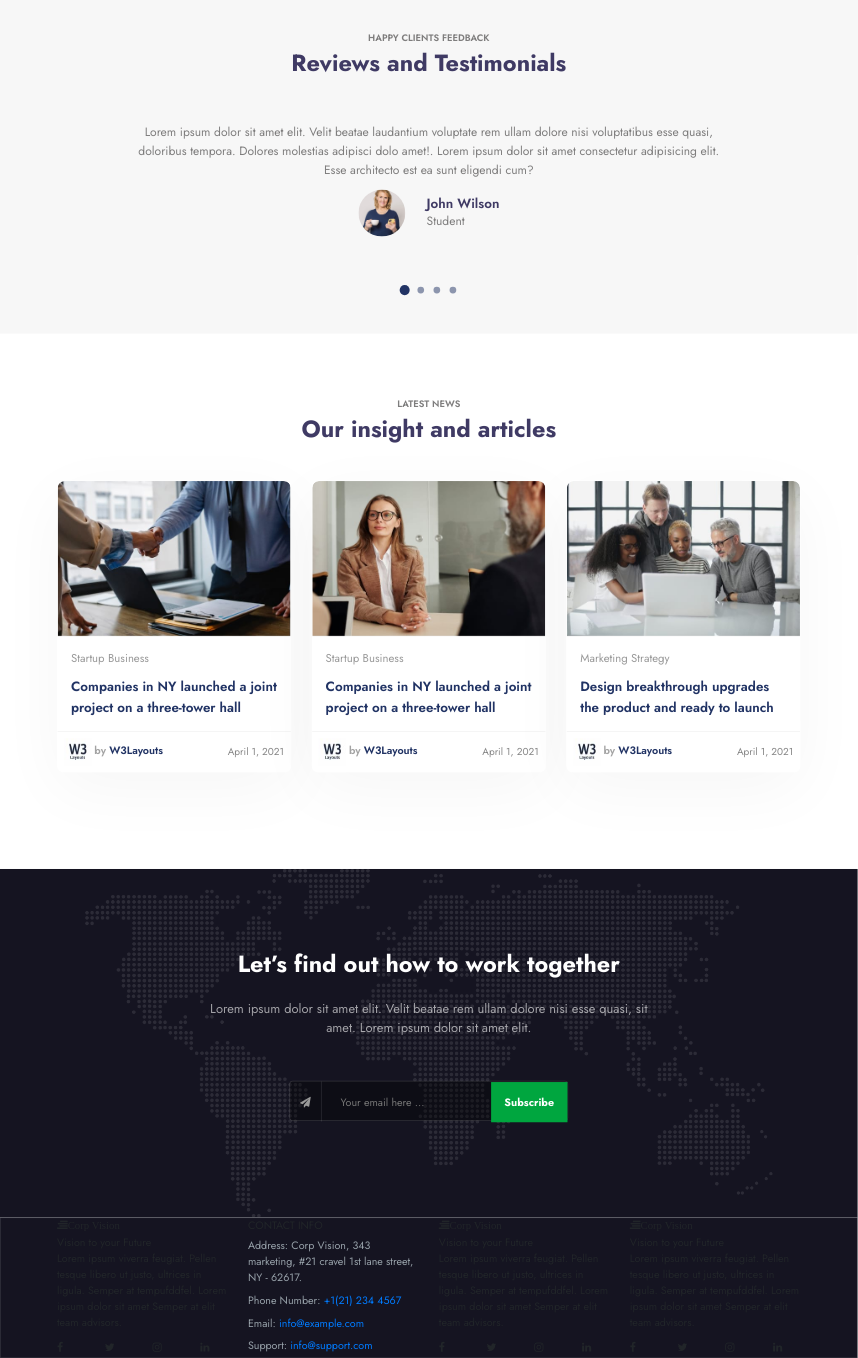
Repository: khaipnp/corpvision
Page: index.html
The author's editor kept a copy of each file at every save. The page is drawn from the files as they stood at one save, then again after the next save.
The browser window is 1280 px wide. The pictures show the whole page, at 67% of full size.

Above is the page before, as saved 2021-07-04 12:53:10.

### index.html
<!DOCTYPE html>
<html lang="en">
  <head>
    <meta charset="UTF-8" />
    <meta http-equiv="X-UA-Compatible" content="IE=edge" />
    <meta name="viewport" content="width=device-width, initial-scale=1.0" />
    <title>Corpvision</title>
    <meta name="description" content="Corpvision Website" />
    <!-- FONT-GOOGLE -->
    <link rel="preconnect" href="https://fonts.gstatic.com" />
    <link
      href="https://fonts.googleapis.com/css2?family=Jost:ital,wght@0,100;0,200;0,300;0,400;0,500;0,600;0,700;0,800;0,900;1,400&display=swap"
      rel="stylesheet"
    />
    <!-- FONT-AWSOME -->
    <link
      rel="stylesheet"
      href="https://cdnjs.cloudflare.com/ajax/libs/font-awesome/5.15.3/css/all.min.css"
      integrity="sha512-iBBXm8fW90+nuLcSKlbmrPcLa0OT92xO1BIsZ+ywDWZCvqsWgccV3gFoRBv0z+8dLJgyAHIhR35VZc2oM/gI1w=="
      crossorigin="anonymous"
      referrerpolicy="no-referrer"
    />
    <link rel="stylesheet" href="./css/font-awesome.min.css" />
    <!-- OWL CAROUSEL -->
    <link
      rel="stylesheet"
      href="https://cdnjs.cloudflare.com/ajax/libs/OwlCarousel2/2.3.4/assets/owl.carousel.min.css"
      integrity="sha512-tS3S5qG0BlhnQROyJXvNjeEM4UpMXHrQfTGmbQ1gKmelCxlSEBUaxhRBj/EFTzpbP4RVSrpEikbmdJobCvhE3g=="
      crossorigin="anonymous"
      referrerpolicy="no-referrer"
    />
    <link
      rel="stylesheet"
      href="https://cdnjs.cloudflare.com/ajax/libs/OwlCarousel2/2.3.4/assets/owl.theme.default.css"
      integrity="sha512-OTcub78R3msOCtY3Tc6FzeDJ8N9qvQn1Ph49ou13xgA9VsH9+LRxoFU6EqLhW4+PKRfU+/HReXmSZXHEkpYoOA=="
      crossorigin="anonymous"
      referrerpolicy="no-referrer"
    />
    <!-- BOOTSTRAP -->
    <link
      rel="stylesheet"
      href="https://cdn.jsdelivr.net/npm/bootstrap@4.6.0/dist/css/bootstrap.min.css"
      integrity="sha384-B0vP5xmATw1+K9KRQjQERJvTumQW0nPEzvF6L/Z6nronJ3oUOFUFpCjEUQouq2+l"
      crossorigin="anonymous"
    />
    <!-- MAIN CSS -->
    <link rel="stylesheet" href="./css/main.css" />
  </head>
  <body>
    <header></header>
    <section class="feedback">
      <div class="feedback__content py-5">
        <div class="container">
          <h5 class="small-title col-12 text-center">Happy clients Feedback</h5>
          <h3 class="big-title col-12 text-center">Reviews and Testimonials</h3>
          <div class="testimonials owl-carousel owl-theme">
            <div class="testimonials__item">
              <p class="text-center col-12">
                Lorem ipsum dolor sit amet elit. Velit beatae laudantium
                voluptate rem ullam dolore nisi voluptatibus esse quasi,
                doloribus tempora. Dolores molestias adipisci dolo amet!. Lorem
                ipsum dolor sit amet consectetur adipisicing elit. Esse
                architecto est ea sunt eligendi cum?
              </p>
              <div
                class="
                  testimonials__desc
                  row
                  align-items-center
                  justify-content-center
                "
              >
                <div class="avatar mr-3">
                  <img src="./img/team1.jpg" alt="team 1" />
                </div>
                <div class="name ml-3">
                  <h3>John Wilson</h3>
                  <p>Student</p>
                </div>
              </div>
            </div>
            <div class="testimonials__item">
              <p class="text-center col-12">
                Lorem ipsum dolor sit amet elit. Velit beatae laudantium
                voluptate rem ullam dolore nisi voluptatibus esse quasi,
                doloribus tempora. Dolores molestias adipisci dolo amet!. Lorem
                ipsum dolor sit amet consectetur adipisicing elit. Esse
                architecto est ea sunt eligendi cum?
              </p>
              <div
                class="
                  testimonials__desc
                  row
                  align-items-center
                  justify-content-center
                "
              >
                <div class="avatar mr-3">
                  <img src="./img/team2.jpg" alt="team 2" />
                </div>
                <div class="name ml-3">
                  <h3>Julia Sakura</h3>
                  <p>Student</p>
                </div>
              </div>
            </div>
            <div class="testimonials__item">
              <p class="text-center col-12">
                Lorem ipsum dolor sit amet elit. Velit beatae laudantium
                voluptate rem ullam dolore nisi voluptatibus esse quasi,
                doloribus tempora. Dolores molestias adipisci dolo amet!. Lorem
                ipsum dolor sit amet consectetur adipisicing elit. Esse
                architecto est ea sunt eligendi cum?
              </p>
              <div
                class="
                  testimonials__desc
                  row
                  align-items-center
                  justify-content-center
                "
              >
                <div class="avatar mr-3">
                  <img src="./img/team3.jpg" alt="team 3" />
                </div>
                <div class="name ml-3">
                  <h3>Roy Linderson</h3>
                  <p>Student</p>
                </div>
              </div>
            </div>
            <div class="testimonials__item">
              <p class="text-center col-12">
                Lorem ipsum dolor sit amet elit. Velit beatae laudantium
                voluptate rem ullam dolore nisi voluptatibus esse quasi,
                doloribus tempora. Dolores molestias adipisci dolo amet!. Lorem
                ipsum dolor sit amet consectetur adipisicing elit. Esse
                architecto est ea sunt eligendi cum?
              </p>
              <div
                class="
                  testimonials__desc
                  row
                  align-items-center
                  justify-content-center
                "
              >
                <div class="avatar mr-3">
                  <img src="./img/team4.jpg" alt="team 4" />
                </div>
                <div class="name ml-3">
                  <h3>Smith Johnson</h3>
                  <p>Student</p>
                </div>
              </div>
            </div>
          </div>
        </div>
      </div>
    </section>
    <section class="news py-5">
      <div class="news__content py-5">
        <div class="container">
          <h5 class="small-title col-12 text-center">LATEST NEWS</h5>
          <h3 class="big-title col-12 text-center">Our insight and articles</h3>
          <div class="row py-5">
            <div class="news__item col-md-6 col-lg-4">
              <div class="news__card">
                <div class="card__thumbnail p-0 position-relative">
                  <img src="./img/blog1.jpg" alt="blog 1" />
                </div>
                <div class="card__content">
                  <p>Startup Business</p>
                  <a href="#">Companies in NY launched a joint project on a three-tower
                    hall</a>
                </div>
                <div class="card__footer">
                  <span><img src="./img/icon.jpeg" alt="" /> by <a href="#">W3Layouts</a></span>
                  <p>April 1, 2021</p>
                </div>
              </div>
            </div>
            <div class="news__item col-md-6 col-lg-4">
              <div class="news__card">
                <div class="card__thumbnail p-0 position-relative">
                  <img src="./img/blog2.jpg" alt="blog 1" />
                </div>
                <div class="card__content">
                  <p>Startup Business</p>
                  <a href="#">Companies in NY launched a joint project on a three-tower
                    hall</a>
                </div>
                <div class="card__footer">
                  <span><img src="./img/icon.jpeg" alt="" /> by <a href="#">W3Layouts</a></span>
                  <p>April 1, 2021</p>
                </div>
              </div>
            </div>
            <div class="news__item col-md-6 col-lg-4">
              <div class="news__card">
                <div class="card__thumbnail p-0 position-relative">
                  <img src="./img/blog3.jpg" alt="blog 1" />
                </div>
                <div class="card__content">
                  <p>Marketing Strategy</p>
                  <a href="#">Design breakthrough upgrades the product and ready to launch</a>
                </div>
                <div class="card__footer">
                  <span><img src="./img/icon.jpeg" alt="" /> by <a href="#">W3Layouts</a></span>
                  <p>April 1, 2021</p>
                </div>
              </div>
            </div>
          </div>
        </div>
      </div>
    </section>
    <div class="subscribe py-5">
      <div class="container">
        <div class="sub__box my-5 mx-auto align-items-center justify-content-center">
          <h3 class="big-title py-4 col-12 text-center">Let’s find out how to work together<h3>
          <p class="col-12 text-center">Lorem ipsum dolor sit amet elit. Velit beatae rem ullam dolore nisi esse quasi, sit amet. Lorem ipsum dolor sit amet elit.</p>
          <div class="input__email justify-content-center py-5">
            <form>
              <i class="fa fa-paper-plane"></i>
              <input type="email" placeholder="Your email here ...">
              <button>Subscribe</button>
            </form>
          </div>
        </div>
      </div>
    </div>
    <footer>
      <div class="footer__info container">
        <div class="row">
          <div class="footer__content col-3">
            <i class="fa fa-align-right">Corp Vision</i>
            <div class="slogan">Vision to your Future</div>
            <p>Lorem ipsum viverra feugiat. Pellen tesque libero ut justo, ultrices in ligula. Semper at tempufddfel. Lorem ipsum dolor sit amet Semper at elit team advisors.</p>
            <div class="social__network row justify-content-start">
              <i class="fa fa-facebook col-3"></i>
              <i class="fa fa-twitter col-3"></i>
              <i class="fa fa-instagram col-3"></i>
              <i class="fa fa-linkedin col-3"></i>
            </div>
          </div>
          <div class="footer__content col-3">
            CONTACT INFO
            <ul class="list-group list-group-flush">
              <li class="list-group-item">Address: Corp Vision, 343 marketing, #21 cravel 1st lane street, NY - 62617.</li>
              <li class="list-group-item">Phone Number: <a href="tel:+1212344567">+1(21) 234 4567</a></li>
              <li class="list-group-item">Email: <a href="mailto:">info@example.com</a></li>
              <li class="list-group-item">Support: <a href="mailto:">info@support.com</a></li>
            </ul>
          </div>
          <div class="footer__content col-3">
            <i class="fa fa-align-right">Corp Vision</i>
            <div class="slogan">Vision to your Future</div>
            <p>Lorem ipsum viverra feugiat. Pellen tesque libero ut justo, ultrices in ligula. Semper at tempufddfel. Lorem ipsum dolor sit amet Semper at elit team advisors.</p>
            <div class="social__network row justify-content-start">
              <i class="fa fa-facebook col-3"></i>
              <i class="fa fa-twitter col-3"></i>
              <i class="fa fa-instagram col-3"></i>
              <i class="fa fa-linkedin col-3"></i>
            </div>
          </div>
          <div class="footer__content col-3">
            <i class="fa fa-align-right">Corp Vision</i>
            <div class="slogan">Vision to your Future</div>
            <p>Lorem ipsum viverra feugiat. Pellen tesque libero ut justo, ultrices in ligula. Semper at tempufddfel. Lorem ipsum dolor sit amet Semper at elit team advisors.</p>
            <div class="social__network row justify-content-start">
              <i class="fa fa-facebook col-3"></i>
              <i class="fa fa-twitter col-3"></i>
              <i class="fa fa-instagram col-3"></i>
              <i class="fa fa-linkedin col-3"></i>
            </div>
          </div>
        </div>
      </div>
    </footer>
    <!-- SCRIPT -->
    <!-- BOOTSTRAP -->
    <script
      src="https://cdnjs.cloudflare.com/ajax/libs/jquery/3.6.0/jquery.js"
      integrity="sha512-n/4gHW3atM3QqRcbCn6ewmpxcLAHGaDjpEBu4xZd47N0W2oQ+6q7oc3PXstrJYXcbNU1OHdQ1T7pAP+gi5Yu8g=="
      crossorigin="anonymous"
      referrerpolicy="no-referrer"
    ></script>
    <script
      src="https://cdn.jsdelivr.net/npm/bootstrap@4.6.0/dist/js/bootstrap.bundle.min.js"
      integrity="sha384-Piv4xVNRyMGpqkS2by6br4gNJ7DXjqk09RmUpJ8jgGtD7zP9yug3goQfGII0yAns"
      crossorigin="anonymous"
    ></script>
    <!-- OWL CAROUSEL -->
    <script src="./js/owl.carousel.min.js"></script>
    <script>
      $(document).ready(function () {
        $(".owl-carousel").owlCarousel({
          navigation: false,
          slideSpeed: 300,
          paginationSpeed: 400,
          singleItem: true,
          items: 1,
          // itemsDesktop : false,
          // itemsDesktopSmall : false,
          // itemsTablet: false,
          // itemsMobile : false
        });
      });
    </script>
  </body>
</html>

### css/main.css
* {
  padding: 0;
  margin: 0;
  box-sizing: border-box;
}

html,
body {
  font-family: "Jost", sans-serif;
  background: #fff;
}

.small-title {
  color: #7e7d7d;
  font-size: 14px;
  font-weight: 600;
  text-transform: uppercase;
}

.big-title {
  color: #3f3a64;
  font-size: 35px;
  font-weight: 700;
}

/* FEEDBACK */
.feedback {
  background-color: #f7f7f7;
}

.testimonials__item {
  margin: 60px auto;
  display: block;
  max-width: 900px;
  height: auto;
}

.testimonials__item p {
  color: #7e7d7d;
  font-size: 18px;
  line-height: 28px;
}

.testimonials__desc .avatar {
  width: 70px;
  height: 70px;
  overflow: hidden;
  border-radius: 50%;
}

.testimonials__desc .avatar img {
  width: 100%;
  height: 100%;
  object-fit: cover;
}

.name h3 {
  font-size: 20px;
  margin: 0;
  font-weight: 600;
  color: #3f3a64;
}
.name p {
  font-style: normal;
  margin-bottom: 0;
}

.owl-theme .owl-dots .owl-dot.active span,
.owl-theme .owl-dots .owl-dot span {
  background: rgba(33, 51, 100, 0.5);
  transform: scale(1);
  transition: all 0.5s;
}

.owl-theme .owl-dots .owl-dot.active span,
.owl-theme .owl-dots .owl-dot:hover span {
  background: #213364 !important;
  transform: scale(1.5);
}

/* NEWS */
.news__card {
  background-color: #fff;
  box-shadow: 0 25px 98px 0 rgb(0 0 0 / 4%);
  border: 1px solid transparent;
  border-radius: 10px;
}

.card__thumbnail {
  overflow: hidden;
  border-radius: 10px 10px 0 0;
}

.card__thumbnail img {
  width: 100%;
  border-radius: 10px 10px 0 0;
  object-fit: cover;
  cursor: pointer;
  transition: all 0.5s;
}

.card__thumbnail img:hover {
  transform: scale(1.15);
}

.card__content {
  padding: 20px;
}

.card__content p {
  color: #999;
  font-size: 17px;
  font-weight: 400;
}

.card__content a {
  text-decoration: none;
  color: #213364;
  font-size: 20px;
  font-weight: 600;
  transition: all 0.5s;
  cursor: pointer;
}

.card__content a:hover {
  color: #00a63f;
}

.card__footer {
  display: flex;
  justify-content: space-between;
  align-items: center;
  border-top: 1px solid rgba(126, 125, 125, 0.1);
  padding: 10px;
}

.card__footer a {
  color: #213364;
  font-size: 1rem;
  font-weight: 600;
  cursor: pointer;
  transition: all 0.5s;
  text-decoration: none;
}

.card__footer a:hover {
  color: #00a63f;
}

.card__footer img {
  cursor: pointer;
}

.card__footer span {
  color: rgb(102, 102, 102, 0.6);
  font-weight: 600;
}

.card__footer p {
  margin-bottom: 0;
  font-size: 15px;
  color: rgb(102, 102, 102, 0.8);
}

/* SUBCRIBE */
.subscribe {
  background-image: url(../img/map.png);
  background-color: #151421;
  background-size: contain;
  background-repeat: no-repeat;
  background-position: center;
}

.sub__box {
  max-width: 700px;
}

.sub__box .big-title {
  color: #fff;
}

.sub__box p {
  font-size: 1.2rem;
  color: rgba(255, 255, 255, 0.6);
  line-height: 1.5;
  font-weight: 400;
}

.input__email {
  display: flex;
}

.input__email form {
  border: 1px solid rgb(255, 255, 255, 0.15);
  border-radius: 5px;
  height: 60px;
  background: rgb(0, 0, 0, 0.35);
  max-width: 550px;
}

.input__email input {
  color: #999;
  padding: 20px 20px;
  border: none;
  font-size: 1rem;
  outline: none;
  background: none;
}

.input__email button {
  background-color: #00a63f;
  color: #fff;
  height: 60px;
  padding: 0 20px;
  border: none;
  font-size: 1rem;
  font-weight: 700;
  line-height: 60px;
  text-align: center;
}

.input__email i {
  text-align: center;
  color: #999;
  font-size: 1rem;
  border-right: 1px solid rgb(255, 255, 255, 0.15);
  line-height: 60px;
  padding: 0 15px;
}

/* FOOTER */

footer {
  background-color: #151421;
  border: 1px solid rgb(255, 255, 255, 0.15);
}

.footer__content .list-group-item {
  background-color: transparent !important;
  padding: 5px 0 !important;
  color: #97a1a9;
  border: none !important;
}

Loaded but not shown: css/font-awesome.min.css (library); js/owl.carousel.min.js (library)

After the next save:
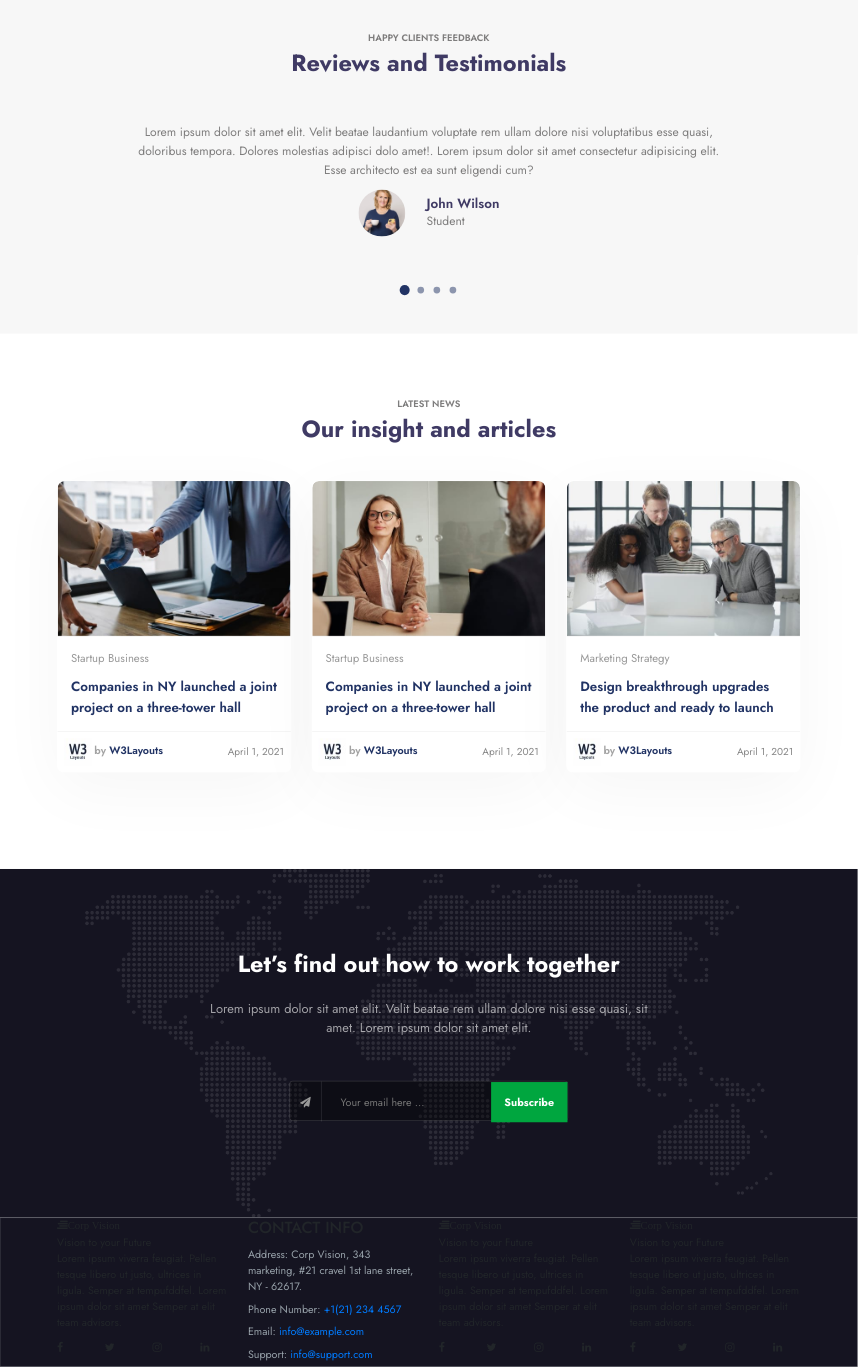
Saved 37 s later.
--- a/index.html
+++ b/index.html
@@ -245,7 +245,7 @@
             </div>
           </div>
           <div class="footer__content col-3">
-            CONTACT INFO
+            <h4>CONTACT INFO</h4>
             <ul class="list-group list-group-flush">
               <li class="list-group-item">Address: Corp Vision, 343 marketing, #21 cravel 1st lane street, NY - 62617.</li>
               <li class="list-group-item">Phone Number: <a href="tel:+1212344567">+1(21) 234 4567</a></li>
